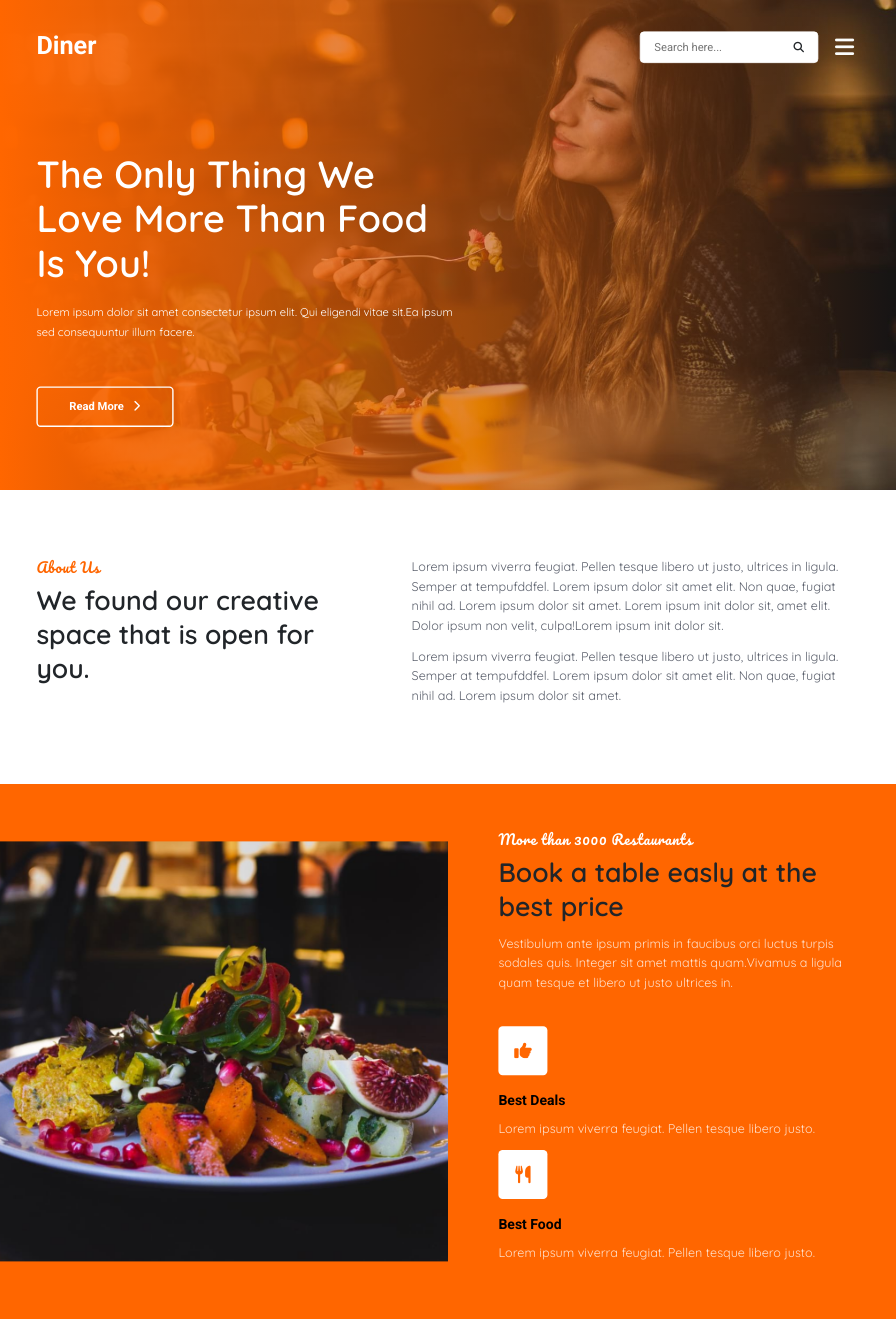
Repository: minhtrivu6199/Diner
Page: index.html
The author's editor kept a copy of each file at every save. The page is drawn from the files as they stood at one save, then again after the next save.
The browser window is 1280 px wide. The pictures show the whole page, at 70% of full size.
Backgrounds fixed to the window are drawn as part of the page. The style sheet was rebuilt from its Sass, Less or Tailwind sources for each picture, by a compiler version that may differ from the author's.

Above is the page before, as saved 2022-10-10 16:16:45.

### index.html
<!DOCTYPE html>
<html lang="en">
  <head>
    <title>Title</title>
    <!-- Required meta tags -->
    <meta charset="utf-8" />
    <meta
      name="viewport"
      content="width=device-width, initial-scale=1, shrink-to-fit=no"
    />
    <!-- FontAwesome 6.2.0 CSS -->
    <link
      rel="stylesheet"
      href="https://cdnjs.cloudflare.com/ajax/libs/font-awesome/6.2.0/css/all.min.css"
      integrity="sha512-xh6O/CkQoPOWDdYTDqeRdPCVd1SpvCA9XXcUnZS2FmJNp1coAFzvtCN9BmamE+4aHK8yyUHUSCcJHgXloTyT2A=="
      crossorigin="anonymous"
      referrerpolicy="no-referrer"
    />

    <!-- Font -->
    <link rel="preconnect" href="https://fonts.googleapis.com" />
    <link rel="preconnect" href="https://fonts.gstatic.com" crossorigin />
    <link
      href="https://fonts.googleapis.com/css2?family=Roboto:wght@100;300;400;500;700;900&display=swap"
      rel="stylesheet"
    />
    <link
      href="https://fonts.googleapis.com/css2?family=Pacifico&display=swap"
      rel="stylesheet"
    />
    <link
      href="https://fonts.googleapis.com/css2?family=Quicksand:wght@300;400;500;600;700&display=swap"
      rel="stylesheet"
    />

    <!-- Bootstrap CSS v5.2.1 -->
    <link
      href="https://cdn.jsdelivr.net/npm/bootstrap@5.2.1/dist/css/bootstrap.min.css"
      rel="stylesheet"
      integrity="sha384-iYQeCzEYFbKjA/T2uDLTpkwGzCiq6soy8tYaI1GyVh/UjpbCx/TYkiZhlZB6+fzT"
      crossorigin="anonymous"
    />
    <!-- CSS -->
    <link rel="stylesheet" href="./css/style.min.css" />
  </head>

  <body>
    <!-- HEADER BANNER -->
    <section class="header-banner">
      <div class="container">
        <!-- BANNER HEADER -->
        <div class="banner-header">
          <div class="banner-logo">
            <h1>
              <a href="" class="logo-brand">Diner</a>
            </h1>
          </div>
          <div class="banner-right-content">
            <div class="search-bar">
              <form class="search position-relative">
                <input
                  type="search"
                  class="search-input"
                  placeholder="Search here..."
                />
                <span class="fa fa-search search-icon"></span>
              </form>
            </div>
            <div class="menu text-center">
              <div class="mobile-position">
                <nav class="navigation">
                  <!-- <div class="theme-switch-wrapper">
                    <label for="checkbox" class="theme-switch">
                      <input type="checkbox" id="checkbox" />
                      <div class="mode-container">
                        <i class="fa fa-sun"></i>
                        <i class="fa fa-moon"></i>
                      </div>
                    </label>
                  </div> -->
                </nav>
              </div>
              <div class="mobile-nav-button text-center">
                <button id="trigger-overlay" type="button">
                  <i class="fa fa-bars" aria-hidden="true"></i>
                </button>
              </div>
            </div>
          </div>
          <!-- NAV MENU -->
          <div class="overlay overlay-scale">
            <button type="button" class="overlay-close">
              <i class="fa fa-times" aria-hidden="true"></i>
            </button>

            <nav>
              <ul>
                <li><a href="index.html" class="active">Home</a></li>
                <li><a href="about.html">About</a></li>
                <li><a href="services.html">Services</a></li>
                <li><a href="blog.html">Blog</a></li>
                <li><a href="error.html">404</a></li>
                <li><a href="">Landing Page</a></li>
                <li><a href="contact.html">Contact</a></li>
                <li><a href="">Shot Codes</a></li>
                <li><a href="">Email</a></li>
              </ul>
            </nav>
          </div>
          <!-- END NAV MENU -->
        </div>
        <!-- END BANNER HEADER -->
        <div class="banner-info">
          <h3 class="mb-4 title">The only thing we love more than food is you!</h3>
          <div class="separator"></div>
          <p class="pr-lg-5 mt-md-4 mt-3">
            Lorem ipsum dolor sit amet consectetur ipsum elit. Qui eligendi
            vitae sit.Ea ipsum sed consequuntur illum facere.
          </p>
          <a class="btn btn-white mt-sm-5 mt-4 mr-2" href="about.html">
            Read More
            <span class="fa fa-chevron-right ms-2" aria-hidden="true"></span>
          </a>
        </div>
      </div>
    </section>
    <!-- END HEADER -->

    <!-- ABOUT -->
    <section class="about-us py-5">
      <div class="container py-md-5">
        <div class="row content">
          <div class="col-lg-5 content-left">
            <div class="about-title">
              <h6 class="subtitle">About Us</h6>
              <h3 class="title mb-4">
                We found our creative space that is open for you.
              </h3>
            </div>
          </div>
          <div class="col-lg-7 content-right ps-lg-5">
            <p>
              Lorem ipsum viverra feugiat. Pellen tesque libero ut justo, ultrices in ligula. Semper at tempufddfel. Lorem ipsum dolor sit amet elit. Non quae, fugiat nihil ad. Lorem ipsum dolor sit amet. Lorem ipsum init dolor sit, amet elit. Dolor ipsum non velit, culpa!Lorem ipsum init dolor sit.
            </p>
            <p class="mt-3">
              Lorem ipsum viverra feugiat. Pellen tesque libero ut justo, ultrices in ligula. Semper at tempufddfel. Lorem ipsum dolor sit amet elit. Non quae, fugiat nihil ad. Lorem ipsum dolor sit amet.
            </p>
          </div>
        </div>
      </div>
    </section>
    <!-- END ABOUT -->

    <!-- AGENT -->
    <section class="agent">
      <div class="container-fluid">
        <div class="row align-items-center gx-0">
          <div class="col-lg-6 pt-lg-0 pt-5">
            <div class="agent-image"></div>
          </div>
          <div class="col-lg-6 px-lg-4 py-lg-3 py-4">
            <div class="agent-info p-md-5 p-3">
              <h6 class="subtitle">
                More than 3000 Restaurants
              </h6>
              <h3 class="title">
                Book a table easly at the best price
              </h3>
              <p class="my-3">
                Vestibulum ante ipsum primis in faucibus orci luctus turpis sodales quis. Integer sit amet mattis quam.Vivamus a ligula quam tesque et libero ut justo ultrices in.
              </p>
              <div class="agent-interactive mt-5 gx-3">
                <div class="gd">
                  <div class="icon mb-4">
                    <span class="fa fa-thumbs-up"></span>
                  </div>
                  <a href="#" class="gd-link">Best Deals</a>
                  <p class="mt-2">
                    Lorem ipsum viverra feugiat. Pellen tesque libero justo.
                  </p>
                </div>
                <div class="gd">
                  <div class="icon mb-4">
                    <span class="fa fa-cutlery"></span>
                  </div>
                  <a href="#" class="gd-link">Best Food</a>
                  <p class="mt-2">
                    Lorem ipsum viverra feugiat. Pellen tesque libero justo.
                  </p>
                </div>
              </div>
            </div>
          </div>
        </div>
      </div>
    </section>
    <!-- END AGENT -->

    <!-- Bootstrap JavaScript Libraries -->
    <script
      src="https://cdn.jsdelivr.net/npm/@popperjs/core@2.11.6/dist/umd/popper.min.js"
      integrity="sha384-oBqDVmMz9ATKxIep9tiCxS/Z9fNfEXiDAYTujMAeBAsjFuCZSmKbSSUnQlmh/jp3"
      crossorigin="anonymous"
    ></script>

    <script
      src="https://cdn.jsdelivr.net/npm/bootstrap@5.2.1/dist/js/bootstrap.min.js"
      integrity="sha384-7VPbUDkoPSGFnVtYi0QogXtr74QeVeeIs99Qfg5YCF+TidwNdjvaKZX19NZ/e6oz"
      crossorigin="anonymous"
    ></script>

    <!-- JS -->
    <script src="./js/modernizr-2.6.2.min.js"></script>
    <script src="./js/classie.js"></script>
    <script src="./js/main.js"></script>
  </body>
</html>

### js/classie.js
/*!
 * classie - class helper functions
 * from bonzo https://github.com/ded/bonzo
 *
 * classie.has( elem, 'my-class' ) -> true/false
 * classie.add( elem, 'my-new-class' )
 * classie.remove( elem, 'my-unwanted-class' )
 * classie.toggle( elem, 'my-class' )
 */

/*jshint browser: true, strict: true, undef: true */
/*global define: false */

(function (window) {
  "use strict";

  // class helper functions from bonzo https://github.com/ded/bonzo

  function classReg(className) {
    return new RegExp("(^|\\s+)" + className + "(\\s+|$)");
  }

  // classList support for class management
  // altho to be fair, the api sucks because it won't accept multiple classes at once
  var hasClass, addClass, removeClass;

  if ("classList" in document.documentElement) {
    hasClass = function (elem, c) {
      return elem.classList.contains(c);
    };
    addClass = function (elem, c) {
      elem.classList.add(c);
    };
    removeClass = function (elem, c) {
      elem.classList.remove(c);
    };
  } else {
    hasClass = function (elem, c) {
      return classReg(c).test(elem.className);
    };
    addClass = function (elem, c) {
      if (!hasClass(elem, c)) {
        elem.className = elem.className + " " + c;
      }
    };
    removeClass = function (elem, c) {
      elem.className = elem.className.replace(classReg(c), " ");
    };
  }

  function toggleClass(elem, c) {
    var fn = hasClass(elem, c) ? removeClass : addClass;
    fn(elem, c);
  }

  var classie = {
    // full names
    hasClass: hasClass,
    addClass: addClass,
    removeClass: removeClass,
    toggleClass: toggleClass,
    // short names
    has: hasClass,
    add: addClass,
    remove: removeClass,
    toggle: toggleClass,
  };

  // transport
  if (typeof define === "function" && define.amd) {
    // AMD
    define(classie);
  } else {
    // browser global
    window.classie = classie;
  }
})(window);

### js/main.js
(function () {
  var container = document.querySelector("div.container"),
    triggerBttn = document.getElementById("trigger-overlay"),
    overlay = document.querySelector("div.overlay"),
    closeBttn = overlay.querySelector("button.overlay-close");
  (transEndEventNames = {
    WebkitTransition: "webkitTransitionEnd",
    MozTransition: "transitionend",
    OTransition: "oTransitionEnd",
    msTransition: "MSTransitionEnd",
    transition: "transitionend",
  }),
    (transEndEventName = transEndEventNames[Modernizr.prefixed("transition")]),
    (support = { transitions: Modernizr.csstransitions });

  function toggleOverlay() {
    if (classie.has(overlay, "open")) {
      classie.remove(overlay, "open");
      classie.remove(container, "overlay-open");
      classie.add(overlay, "close");
      var onEndTransitionFn = function (ev) {
        if (support.transitions) {
          if (ev.propertyName !== "visibility") return;
          this.removeEventListener(transEndEventName, onEndTransitionFn);
        }
        classie.remove(overlay, "close");
      };
      if (support.transitions) {
        overlay.addEventListener(transEndEventName, onEndTransitionFn);
      } else {
        onEndTransitionFn();
      }
    } else if (!classie.has(overlay, "close")) {
      classie.add(overlay, "open");
      classie.add(container, "overlay-open");
    }
  }

  triggerBttn.addEventListener("click", toggleOverlay);
  closeBttn.addEventListener("click", toggleOverlay);
})();

### scss/style.scss
@import "./base/variables";
@import "./pages/components/menu";



.header-banner {
  background-image: linear-gradient(to right, $orange, hsl(30deg 100% 1% / 20%)),
    url(../img/banner1.jpg);
  background-size: cover;
  background-position: initial;
  background-repeat: no-repeat;
  background-attachment: fixed;
  min-height: 700px;
  .container {
    .banner-header {
      display: flex;
      justify-content: space-between;
      align-items: center;
      padding: 40px 0 20px 0;
      .banner-logo {
        .logo-brand {
          font-size: 36px;
          font-weight: 700;
          color: $white;
        }
      }

      .banner-right-content {
        display: flex;
        justify-content: center;
        align-items: center;
        .search-bar {
          display: flex;
          .search {
            .search-input {
              padding: 10px 50px 10px 20px;
              height: 45px;
              font-size: 16px;
              color: $font-color;
              font-weight: 400;
              border-radius: 6px;
              position: relative;
              right: 0;
              background: $white;
              outline: 0;
              border: 1px solid $white;
            }
            .search-icon {
              position: absolute;
              right: 20px;
              font-size: 15px;
              cursor: pointer;
              top: 15px;
            }
          }
        }

        .menu {
          display: flex;
          justify-content: center;
          align-items: center;
          .mobile-nav-button {
            margin-left: 1rem;
          }
        }
      }
    }

    .banner-info {
        max-width: 600px;
        text-align: left;
        margin-top: 100px;
        h3 {
            font-size: 54px;
            line-height: 64px;
            text-transform: capitalize;
            color: $white;
        }
        p {
            font-size: 16px;
            line-height: 28px;
            color: $white;
        }

        .btn-white {
            background: transparent;
            border: 2px solid $white;
            color: $white;
            padding: 12px 45px;
            font-size: 16px;
            line-height: 30px;
            font-weight: 700;
            transition: 0.3s ease-in;
            border-radius: 6px;

            &:hover {
                background: $white;
                color: $orange;
            }
        }
    }
  }
}


.about-us {
    .container {
        .content {
            .content-right {
                p {
                    color: $font-color;
                }
            }
        }
    }
}

.agent {
    background: $orange;
    .container-fluid {
        margin: 0;
        padding: 0;
        .agent-image {
            background-image: url(../img/banner3.jpg);
            background-repeat: no-repeat;
            background-size: cover;
            background-position: center;
            position: relative;
            z-index: 1;
            min-height: 600px;
        }

        .agent-info {
            .subtitle {
                color: $white;
            }
            p {
                color: #ffdfc9;
            }
        }

        .agent-interactive {
            display: grid;
            .icon {
                background: $white;
                width: 70px;
                height: 70px;
                text-align: center;
                line-height: 70px;
                border-radius: 6px;
                transition: 0.3s ease-in-out;
                span.fa {
                    color: $orange;
                    font-size: 25px;
                    line-height:  70px;
                }
            }
            .gd-link {
                color: #000;
                font-weight: 700;
                line-height: 1.2;
                margin-bottom: 15px;
                font-size: 20px;
                display: block;
            }
        }
    }
}

### scss/base/_variables.scss
// Color
$blue: #007bff;
$indigo: #6610f2;
$purple: #6f42c1;
$pink: #e83e8c;
$red: #dc3545;
$orange: #ff6600;
$yellow: #ffc107;
$green: #28a745;
$teal: #20c997;
$cyan: #17a2b8;
$white: #fff;
$gray: #6c757d;
$gray-dark: #343a40;
$light-orange: #f8b195;
$success: #28a745;
$info: #17a2b8;
$warning: #ffc107;
$danger: #dc3545;
$light: #f8f9fa;
$dark: #343a40;
$font-color: rgba(22, 28, 45, 0.7);

*, ::after, ::before {
    margin: 0;
    padding: 0;
    box-sizing: border-box;
}

html,
body {
  font-family: "Roboto", sans-serif;
}
a {
  text-decoration: none;
  background-color: transparent;
  cursor: pointer;
}

.container {
    max-width: 1200px;
}

.subtitle {
    font-family: 'Pacifico', cursive;
    font-size: 20px;
    font-weight: 400;
    line-height: 30px;
    letter-spacing: 1px;
    color: $orange;
}

.title {
    font-size: 38px;
    line-height: 48px;
    font-weight: 600;
    font-family: 'Quicksand', sans-serif;
}

p {
    font-size: 18px;
    line-height: 28px;
    font-family: 'Quicksand', sans-serif;
}

### scss/pages/components/_menu.scss
@import '../../base/variables';
.overlay {
	position: fixed;
	width: 100%;
	height: 100%;
	top: 0;
	left: 0;
	background: rgb(6 3 0 / 77%);
}

/* Overlay closing cross */
.overlay .overlay-close {
    width: 40px;
    height: 40px;
    position: absolute;
    right: 40px;
    top: 40px;
    overflow: hidden;
    border: none;
    background: $orange;
    color: #fff;
    border-radius: 6px;
}

button#trigger-overlay {
	outline: none;
	border: none;
	background: none;
	text-align: center;
	color: #fbfdfb;
	font-size: 1.95em;
	padding: 0 8px;
}

/* Menu style */
.overlay nav {
	text-align: center;
	position: relative;
	top: 50%;
	height: 60%;
	-webkit-transform: translateY(-50%);
	transform: translateY(-50%);
}
.overlay ul {
	list-style: none;
	padding: 0;
	margin: 0 auto;
	display: inline-block;
	height: 100%;
	position: relative;
}
.overlay ul li {
	display: block;
	-webkit-backface-visibility: hidden;
	backface-visibility: hidden;
    line-height:3em;
}
.overlay ul li a {
	font-size: 20px;
	font-weight: 600;
	display: block;
	color: #fff;
	-webkit-transition: color 0.2s;
	transition: color 0.2s;
}

.overlay ul li a:hover,
.overlay ul li a:focus {
	color: $orange;
}

/* Effects */
.overlay-scale {
	visibility: hidden;
	opacity: 0;
	-webkit-transform: scale(0.9);
	transform: scale(0.9);
	-webkit-transition: -webkit-transform 0.2s, opacity 0.2s, visibility 0s 0.2s;
	transition: transform 0.2s, opacity 0.2s, visibility 0s 0.2s;
}

.overlay-scale.open {
	visibility: visible;
	opacity: 1;
	-webkit-transform: scale(1);
	transform: scale(1);
	-webkit-transition: -webkit-transform 0.4s, opacity 0.4s;
	transition: transform 0.4s, opacity 0.4s;
}

@media screen and (max-height: 30.5em) {
	.overlay nav {
		height: 70%;
		font-size: 34px;
	}

	.overlay ul li {
		min-height: 34px;
	}
}
@media (max-width:767px) {
	.overlay ul li a {
		font-size: 16px;
	}
	.overlay ul li {
		line-height: 2.5em;
	}
}
@media (max-width:600px) {
	.overlay ul li a {
		font-size: 16px;
	}
	.overlay ul li {
		line-height: 2.2em;
	}
}

Loaded but not shown: js/modernizr-2.6.2.min.js (library)

After the next save:
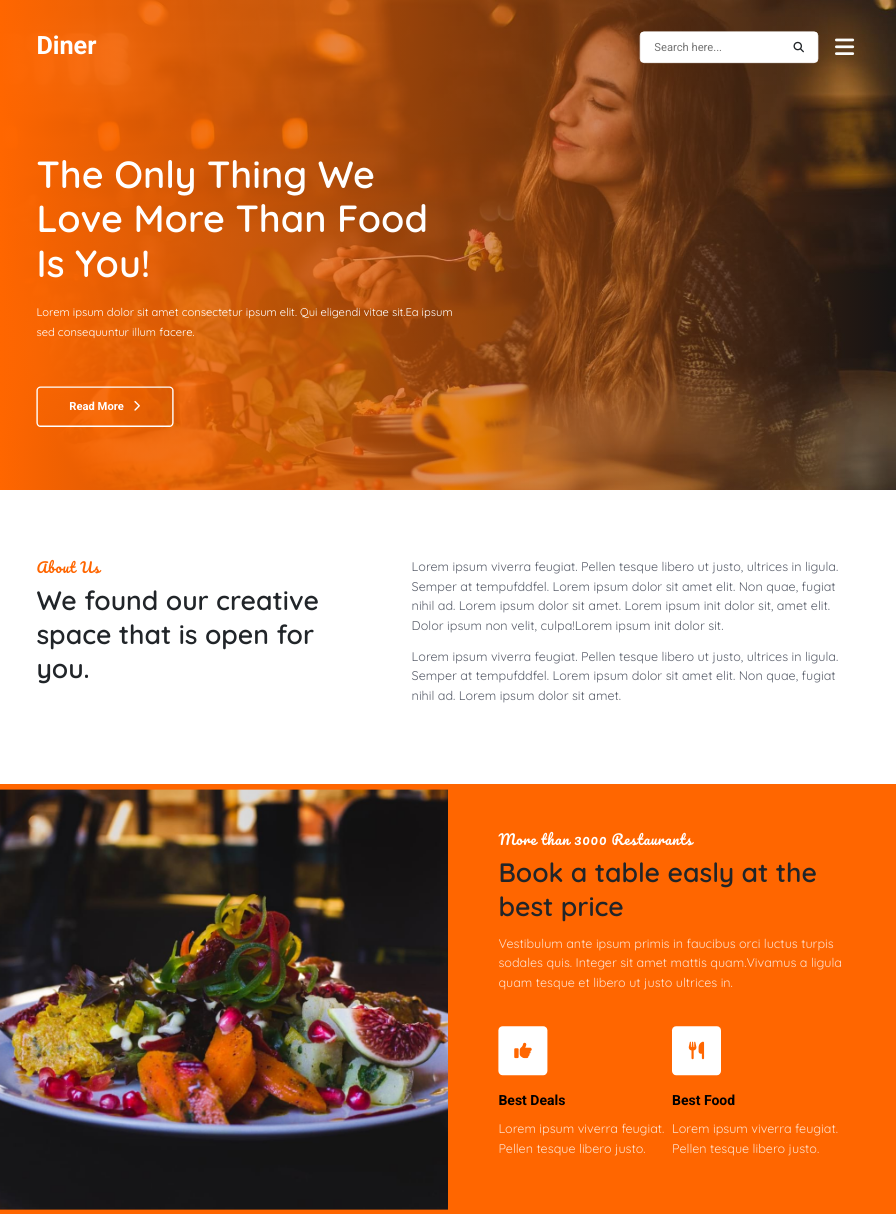
Saved 53 s later.
--- a/scss/style.scss
+++ b/scss/style.scss
@@ -141,6 +141,8 @@
 
         .agent-interactive {
             display: grid;
+            grid-template-columns: 1fr 1fr;
+            row-gap: 30px;
             .icon {
                 background: $white;
                 width: 70px;
